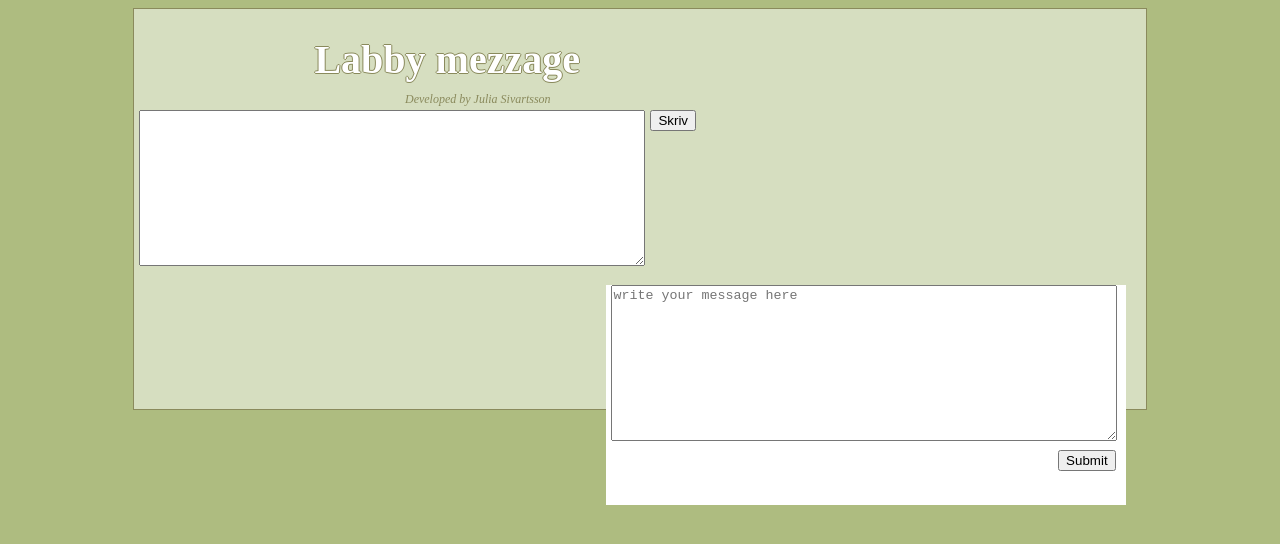
Repository: JuliaSivartsson/1dv403-jsigc09-laborationer
Page: 2-labbymezzage/Extraupgift/index.html
The author's editor kept a record of every edit. The page is drawn from the files as they stood at one moment, then again after the next edit.
The browser window is 1280 px wide. The pictures show the whole page.

Above is the page before.
Console error (its wording comes from the project's code and is left out).

After the next edit:
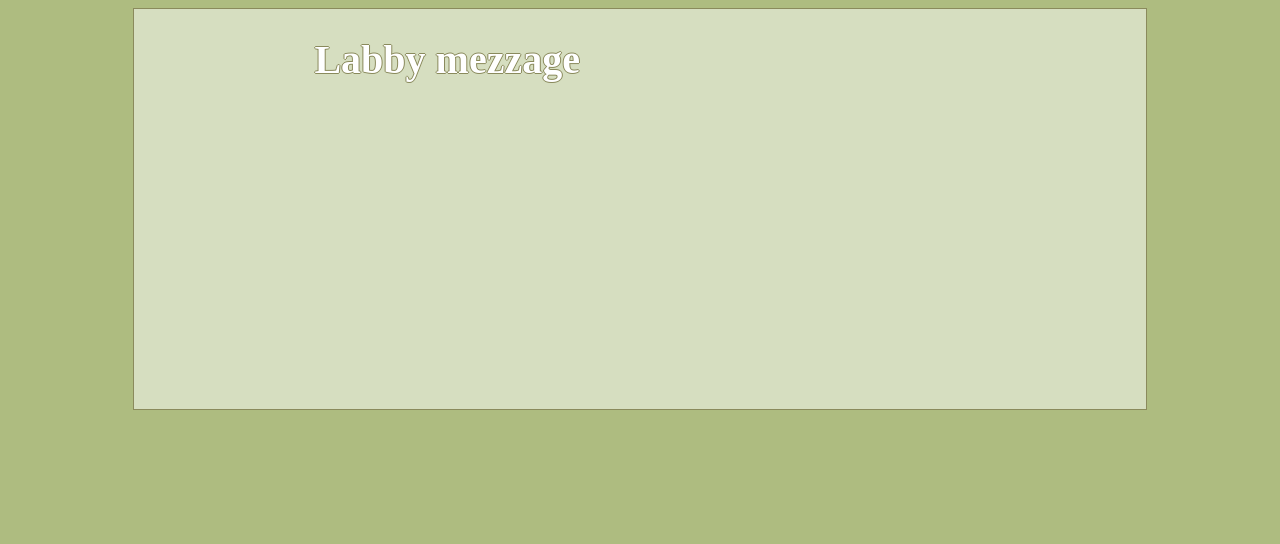
The error is gone.
The edit:
--- a/2-labbymezzage/Extraupgift/index.html
+++ b/2-labbymezzage/Extraupgift/index.html
@@ -18,7 +18,7 @@
                     </form>
                     </div>
                     <div id="viewmessages">
-                </div>-->
+                </div>
             </div>
             <div id="board2">
                 <div id="text">
